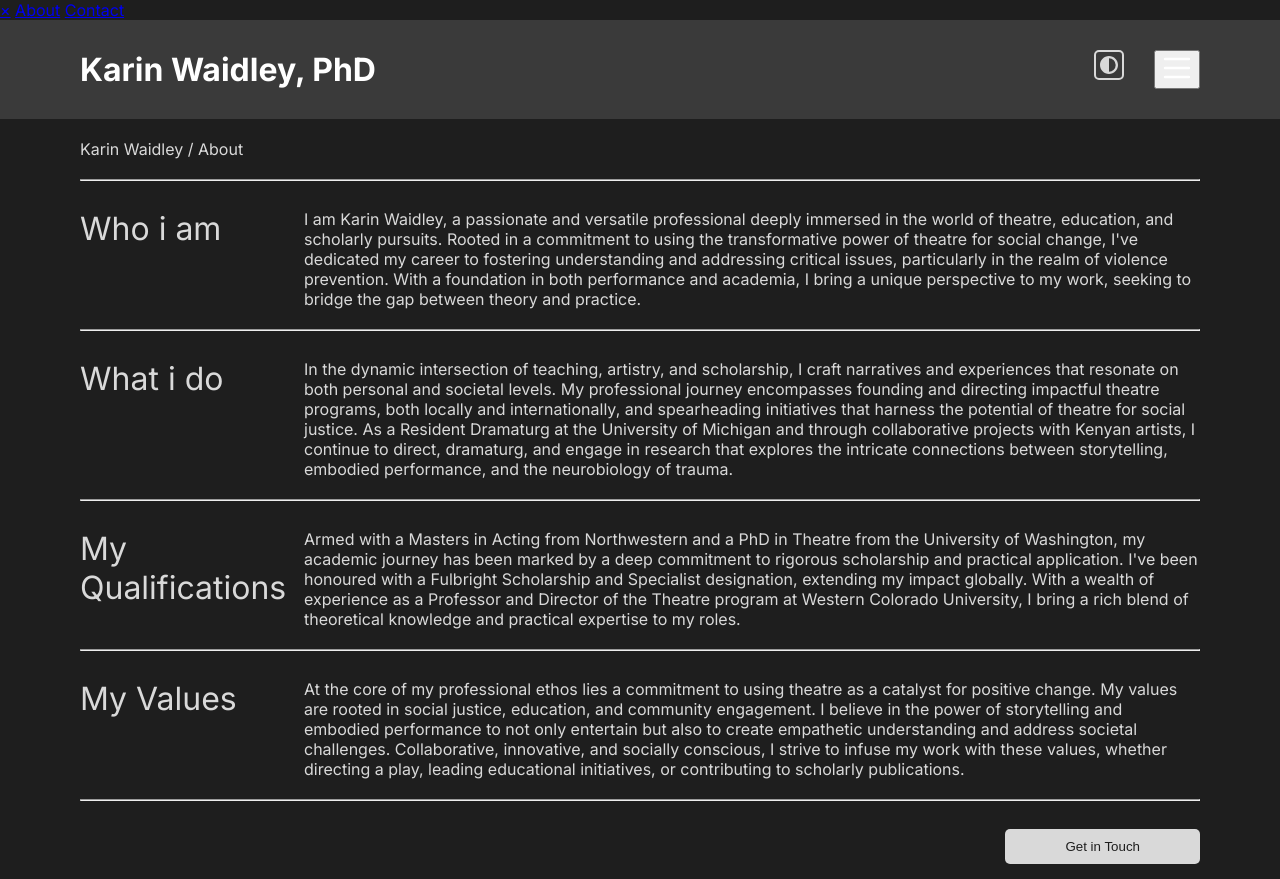
Repository: Ceasor7/Karin
Page: about.html
The author's editor kept a copy of each file at every save. The page is drawn from the files as they stood at one save, then again after the next save.
The browser window is 1280 px wide. The pictures show the whole page.
After loading, the first visible `a.closebtn` was clicked once.

Above is the page before, as saved 2023-12-15 18:01:50.
Console error: ReferenceError: closeNav is not defined

### about.html
<!DOCTYPE html>
<html lang="en">

<head>
    <meta charset="UTF-8">
    <meta name="viewport" content="width=device-width, initial-scale=1.0">
    <link rel="preconnect" href="https://fonts.googleapis.com">
    <link rel="preconnect" href="https://fonts.gstatic.com" crossorigin>
    <link href="https://fonts.googleapis.com/css2?family=Inter:wght@100;300;400;500;600;700;900&display=swap"
        rel="stylesheet">
    <link rel="stylesheet" href="stingo.css">
    <title>Karin Waidley,PhD | About</title>
    <style>
        ::-webkit-scrollbar {
            width: .8em;
            border-radius: .3rem;
            background-color: hsl(0, 0%, 65%);
        }

        ::-webkit-scrollbar-thumb {
            border-radius: .3rem;
            background-color: hsl(0, 0%, 55%);
        }

        ::-webkit-scrollbar-thumb:hover {
            background-color: hsl(0, 0%, 45%);
        }

        /* Global styles */
        body {
            font-family: 'Inter', sans-serif;
            background-color: var(--primary-color);
        }

        :root {
            --primary-color: #1E1E1E;
            --secondary-color: #D9D9D9;
        }

        .darkmode {
            --primary-color: #D9D9D9;
            --secondary-color: #1E1E1E;
        }

        /* about page */
        nav {
            float: left;
            width: 20%;
            font-size: 2em;
            color: var(--secondary-color);
        }

        article {
            float: left;
            width: 80%;
            margin-bottom: 20px;
            color: var(--secondary-color);
        }

        /* Clear floats after the columns */
        section::after {
            content: "";
            display: table;
            clear: both;
        }

        .about-button {
            margin-top: 20px;
            text-align: right;
            margin-bottom: 15px;
            margin-right: 80px;
        }

        .contact-button {
            padding: 10px;
            background-color: var(--secondary-color);
            color: var(--primary-color);
            padding-left: 60px;
            padding-right: 60px;
            border-radius: 5px;
            border: none;
            cursor: pointer;
        }

        .page-title {
            margin-bottom: 20px;
            color: var(--secondary-color);
        }

        /* about page */
        /* navbar */
        /* Resetting some default styles for better consistency */
        body,
        h1,
        h2,
        h3,
        p,
        ul,
        li {
            margin: 0;
            padding: 0;
            list-style: none;
        }

        /* Navbar styles */
        header {
            background-color: #3A3A3A;
            color: white;
            padding: 10px 0;
        }

        .navbar {
            display: flex;
            justify-content: space-between;
            align-items: center;
            padding: 20px;
            margin-left: 60px;
            margin-right: 60px;
        }

        .navbar-logo {
            font-size: 2em;
            font-weight: bold;
        }

        .navbar-icons {
            display: flex;
            gap: 10px;
        }

        .dark-mode-toggle {
            color: var(--secondary-color);
            border: 2px solid currentColor;
            padding: 4px;
            background: transparent;
            cursor: pointer;
            border-radius: 5px;
            width: 30px;
            height: 30px;
        }

        .dark-mode-toggle,
        .svg-icon {
            margin-right: 20px;
        }

        /* Main content styles */
        section {
            margin-top: 20px;
            margin-left: 80px;
            margin-right: 80px;
        }

        /* navbar */
    </style>
</head>

<body>
    <div id="mySidebar" class="sidebar">
        <a href="javascript:void(0)" class="closebtn" onclick="closeNav()">×</a>
        <a href="about.html">About</a>
        <a href="contact.html">Contact</a>
    </div>
    <header>
        <div class="navbar">
            <div class="navbar-logo">Karin Waidley, PhD</div>
            <div class="navbar-icons">
                <button id="dark-mode-toggle" class="dark-mode-toggle">
                    <svg width="100%" xmlns="http://www.w3.org/2000/svg" viewBox="0 0 496 496">
                        <path fill="currentColor"
                            d="M8,256C8,393,119,504,256,504S504,393,504,256,393,8,256,8,8,119,8,256ZM256,440V72a184,184,0,0,1,0,368Z"
                            transform="translate(-8 -8)" />
                    </svg>
                </button>
                <button class="sidebarmenu" onclick="openNav()">
                    <svg xmlns="http://www.w3.org/2000/svg" x="0px" y="0px" width="30" height="30" viewBox="0 0 50 50"
                        style="fill:#FFFFFF;">
                        <path
                            d="M 5 8 A 2.0002 2.0002 0 1 0 5 12 L 45 12 A 2.0002 2.0002 0 1 0 45 8 L 5 8 z M 5 23 A 2.0002 2.0002 0 1 0 5 27 L 45 27 A 2.0002 2.0002 0 1 0 45 23 L 5 23 z M 5 38 A 2.0002 2.0002 0 1 0 5 42 L 45 42 A 2.0002 2.0002 0 1 0 45 38 L 5 38 z">
                        </path>
                    </svg>
                </button>
            </div>
        </div>
    </header>
    <div id="main">
        <section>
            <p class="page-title">Karin Waidley / About</p>
            <hr>
        </section>

        <section>
            <nav>
                Who i am
            </nav>

            <article>
                I am Karin Waidley, a passionate and versatile professional deeply immersed in the world of theatre,
                education, and scholarly pursuits. Rooted in a commitment to using the transformative power of theatre
                for
                social change, I've dedicated my career to fostering understanding and addressing critical issues,
                particularly in the realm of violence prevention. With a foundation in both performance and academia, I
                bring a unique perspective to my work, seeking to bridge the gap between theory and practice.
            </article>
            <hr>
        </section>
        <section>
            <nav>
                What i do
            </nav>

            <article>
                In the dynamic intersection of teaching, artistry, and scholarship, I craft narratives and experiences
                that
                resonate on both personal and societal levels. My professional journey encompasses founding and
                directing
                impactful theatre programs, both locally and internationally, and spearheading initiatives that harness
                the
                potential of theatre for social justice. As a Resident Dramaturg at the University of Michigan and
                through
                collaborative projects with Kenyan artists, I continue to direct, dramaturg, and engage in research that
                explores the intricate connections between storytelling, embodied performance, and the neurobiology of
                trauma.
            </article>
            <hr>
        </section>
        <section>
            <nav>
                My Qualifications
            </nav>

            <article>
                Armed with a Masters in Acting from Northwestern and a PhD in Theatre from the University of Washington,
                my
                academic journey has been marked by a deep commitment to rigorous scholarship and practical application.
                I've been honoured with a Fulbright Scholarship and Specialist designation, extending my impact
                globally.
                With a wealth of experience as a Professor and Director of the Theatre program at Western Colorado
                University, I bring a rich blend of theoretical knowledge and practical expertise to my roles.
            </article>
            <hr>
        </section>

        <section>
            <nav>
                My Values
            </nav>

            <article>
                At the core of my professional ethos lies a commitment to using theatre as a catalyst for positive
                change.
                My values are rooted in social justice, education, and community engagement. I believe in the power of
                storytelling and embodied performance to not only entertain but also to create empathetic understanding
                and
                address societal challenges. Collaborative, innovative, and socially conscious, I strive to infuse my
                work
                with these values, whether directing a play, leading educational initiatives, or contributing to
                scholarly
                publications.
            </article>
            <hr>
        </section>
        <div class="about-button">
            <a href="contact.html">
                <button class="contact-button">Get in Touch</button>
            </a>

        </div>
    </div>


    <script src="darkMode.js"></script>
</body>





</html>

### darkMode.js

let darkMode = localStorage.getItem('darkMode');

const darkModeToggle = document.querySelector('#dark-mode-toggle');

const enableDarkMode = () => {
  document.body.classList.add('darkmode');
  localStorage.setItem('darkMode', 'enabled');
}

const disableDarkMode = () => {

  document.body.classList.remove('darkmode');

  localStorage.setItem('darkMode', null);
}


if (darkMode === 'enabled') {
  enableDarkMode();
}

darkModeToggle.addEventListener('click', () => {

  darkMode = localStorage.getItem('darkMode');

  if (darkMode !== 'enabled') {
    enableDarkMode();
  } else {
    disableDarkMode();
  }
});

Loaded but not shown: stingo.css (no stored copy; drawn as an empty file)

After the next save:
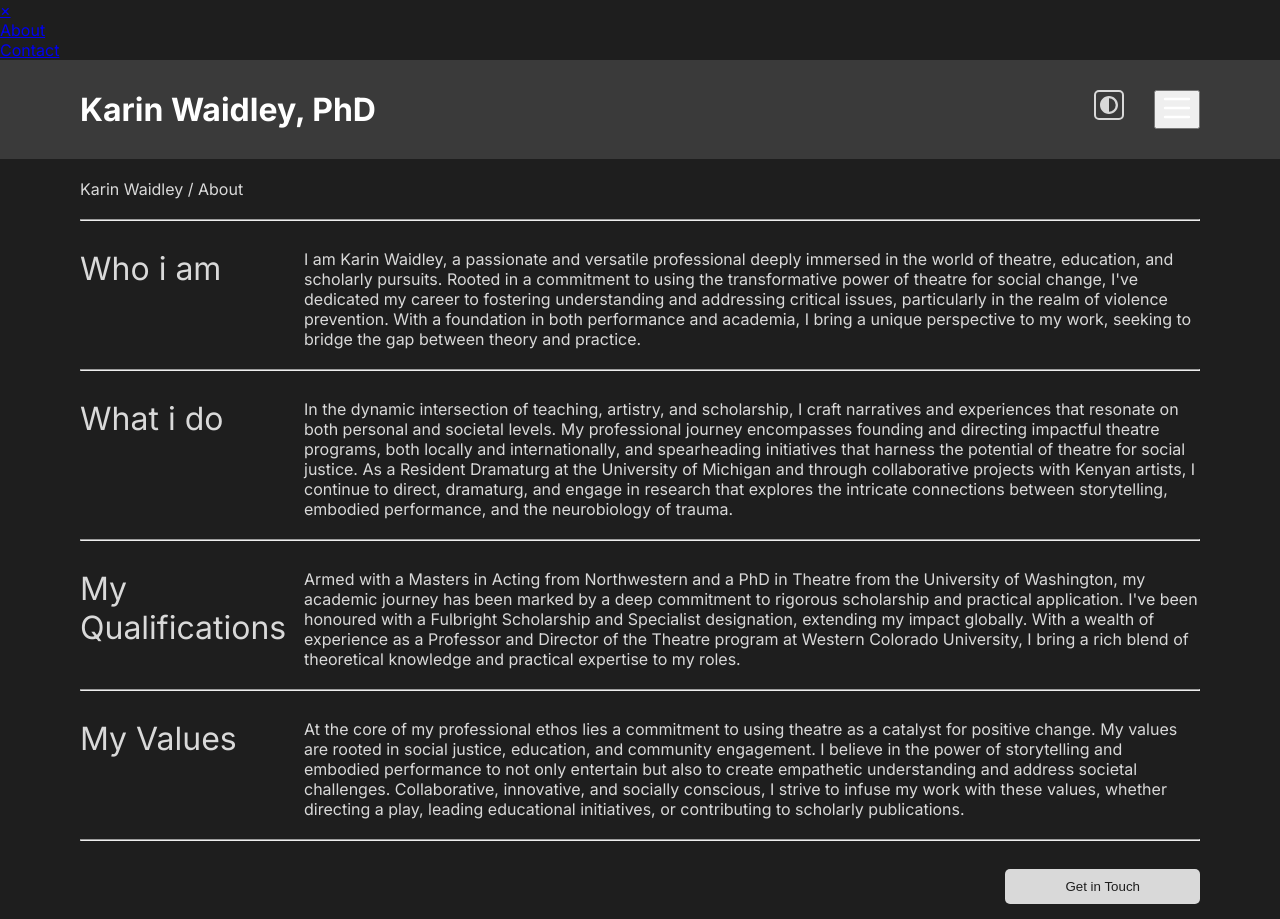
The error is gone.
Saved 34 s later.
--- a/about.html
+++ b/about.html
@@ -267,8 +267,17 @@
 
         </div>
     </div>
-
-
+    <script>
+        function openNav() {
+            document.getElementById("mySidebar").style.width = "250px";
+            document.getElementById("main").style.marginRight = "250px";
+        }
+
+        function closeNav() {
+            document.getElementById("mySidebar").style.width = "0";
+            document.getElementById("main").style.marginRight = "0";
+        }
+    </script>
     <script src="darkMode.js"></script>
 </body>
 
